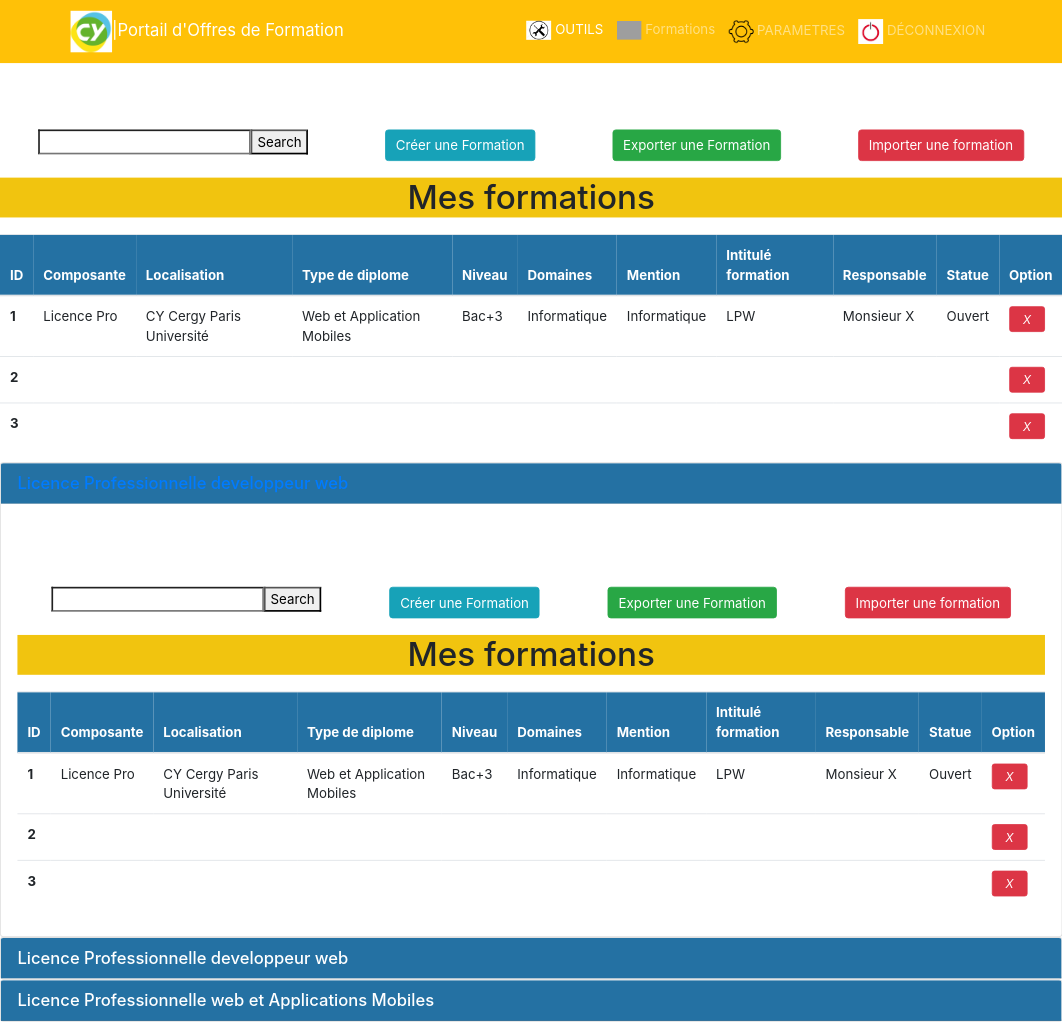
Repository: BaldeThierno1990/Projet-1-formation-tableau-generique-vue-export
Page: / (app in mcc/)
The author's editor kept a copy of each file at every save. The page is drawn from the files as they stood at one save, then again after the next save.
The browser window is 1280 px wide. The pictures show the whole page, at 83% of full size.
Pictures or frames that could not be fetched are drawn as grey boxes. The project was rebuilt for these pictures with package versions that can differ from the ones it lists, and the page was loaded fresh each time.

Above is the page before, as saved 2021-03-22 14:29:29.

### mcc/src/main.js
import Vue from 'vue'
import App from './App.vue'

import 'bootstrap';
import 'bootstrap/dist/css/bootstrap.min.css';

Vue.config.productionTip = false

new Vue({
  render: h => h(App),
}).$mount('#app')

### mcc/src/App.vue
<template>
  <div id="app">

  <v-header></v-header>
  <v-tableau></v-tableau>
  <v-formation></v-formation>


  </div>
</template>

<script>
import VTableau from './components/tableau/Vtableau.vue'
import VHeader from './components/menu/VHeader.vue'
import VFormation from './components/tableau/VFormation.vue'
export default {
  name: 'App',
  components: {
  VHeader,
    VTableau,
    VFormation

  }
}
</script>

<style>
#app {
  font-family: Avenir, Helvetica, Arial, sans-serif;
  -webkit-font-smoothing: antialiased;
  -moz-osx-font-smoothing: grayscale;
  text-align: center;
  color: #2c3e50;
}
#nav {
  padding: 30px;
}

### mcc/src/components/tableau/Vtableau.vue
<template>
<div class="table">
    <div class="parent">
        <div class="formation">
         <input type="search" id="site-search" name="q"
        aria-label="Search through site content">
        <button>Search</button></div>
        <div class="formation"><button type="button" class="btn btn-info">Créer une Formation</button></div>
          <div class="formation"><button type="button" class="btn btn-success">Exporter une Formation</button></div>
        <div class="formation"><button type="button" class="btn btn-danger">Importer une formation</button></div>



    </div>


    <div>
        <div class="menu">
        <h1> Mes formations</h1>
    </div>
    <table class="table align-middle">

  <thead>
    <tr class="colonne">
      <th scope="col">ID</th>
      <th scope="col">Composante</th>
      <th scope="col">Localisation</th>
      <th scope="col">Type de diplome</th>
      <th scope="col">Niveau</th>
      <th scope="col">Domaines</th>
      <th scope="col">Mention</th>
      <th scope="col">Intitulé formation</th>
      <th scope="col">Responsable</th>
      <th scope="col">Statue</th>
      <th scope="col">Option</th>
    </tr>
  </thead>
  <tbody>
    <tr>
      <th scope="row">1</th>
       <td>Licence Pro</td>
      <td>CY Cergy Paris Université</td>
      <td>Web et Application Mobiles</td>
      <td>Bac+3</td>
      <td>Informatique</td>
      <td>Informatique</td>
      <td>LPW</td>
      <td>Monsieur X</td>
      <td>Ouvert</td>
      <td>
        <button type="button" class="btn btn-danger btn-sm px-3">
          <i class="fas fa-times">X</i>
        </button>
      </td>
    </tr>
    <tr>
      <th scope="row">2</th>
      <td></td>
      <td></td>
      <td></td>
      <td></td>
      <td></td>
      <td></td>
      <td></td>
      <td></td>
      <td></td>

      <td>
        <button type="button" class="btn btn-danger btn-sm px-3">
          <i class="fas fa-times">X</i>
        </button>
      </td>
    </tr>
    <tr>
      <th scope="row">3</th>
       <td></td>
      <td></td>
      <td></td>
      <td></td>
      <td></td>
      <td></td>
      <td></td>
      <td></td>
      <td></td>
      <td>
        <button type="button" class="btn btn-danger btn-sm px-3">
          <i class="fas fa-times">X</i>
        </button>
      </td>
    </tr>

  </tbody>
</table>
        </div>



</div>

</template>

<style>
.parent{
     display: flex;
     justify-content: space-around;
     margin-top: 80px;

}
.table{
    margin-top: 20px;
}
.colonne{
    background-color: #2471A3;
    color: white;
}
.menu{
    text-align: center;
    background-color: #F1C40F;
    margin-top: 20px;
}
</style>


<script>
export default {

}
</script>

### mcc/src/components/menu/VHeader.vue
<template>
<div class="header">
  <!-- Navigation -->
<nav class="navbar navbar-expand-lg navbar-dark bg-warning static-top">
  <div class="container">
    <a class="navbar-brand" href="#">
          <img src="@/assets/logo.jpg" alt="Logo" width="50">|Portail d'Offres de Formation
        </a>
    <button class="navbar-toggler" type="button" data-toggle="collapse" data-target="#navbarResponsive" aria-controls="navbarResponsive" aria-expanded="false" aria-label="Toggle navigation">
          <span class="navbar-toggler-icon"></span>
        </button>
    <div class="collapse navbar-collapse" id="navbarResponsive">
      <ul class="navbar-nav ml-auto">
        <li class="nav-item active">
          <a class="nav-link" href="#"> <img src="@/assets/icone_outils.jpg" alt="Outils" width="30"> OUTILS
                <span class="sr-only">(current)</span>
              </a>
        </li>

        <li class="nav-item">
          <a class="nav-link" href="#"><img src="@/assets/icone_formation.png" alt="Formation" width="30">  Formations</a>
        </li>
        <li class="nav-item">
          <a class="nav-link" href="#"><img src="@/assets/icone_parametre.png" alt="Parametre" width="30">  PARAMETRES</a>
        </li>
         <li class="nav-item">
          <a class="nav-link" href="#"> <img src="@/assets/icone_deconnexion.jpeg" alt="Formation" width="30"> DÉCONNEXION</a>
        </li>
      </ul>
    </div>
  </div>
</nav>
</div>

</template>

### mcc/src/components/tableau/VFormation.vue
<template>
    <div id="accordion" role="tablist">
  <div class="card">
    <div class="card-header" role="tab" id="heading">
      <h5 class="mb-0">
        <a data-toggle="collapse" href="#collapseOne" aria-expanded="true" aria-controls="collapseOne">
       Licence Professionnelle developpeur web
        </a>
      </h5>
</div>
<div id="collapseOne" class="collapse show" role="tabpanel" aria-labelledby="headingOne" data-parent="#accordion">
      <div class="card-body">
       <div class="table">
    <div class="parent">
        <div class="formation">
         <input type="search" id="site-search" name="q"
        aria-label="Search through site content">
        <button>Search</button></div>
        <div class="formation"><button type="button" class="btn btn-info">Créer une Formation</button></div>
          <div class="formation"><button type="button" class="btn btn-success">Exporter une Formation</button></div>
        <div class="formation"><button type="button" class="btn btn-danger">Importer une formation</button></div>



    </div>


    <div>
        <div class="menu">
        <h1> Mes formations</h1>
    </div>
    <table class="table align-middle">

  <thead>
    <tr class="colonne">
      <th scope="col">ID</th>
      <th scope="col">Composante</th>
      <th scope="col">Localisation</th>
      <th scope="col">Type de diplome</th>
      <th scope="col">Niveau</th>
      <th scope="col">Domaines</th>
      <th scope="col">Mention</th>
      <th scope="col">Intitulé formation</th>
      <th scope="col">Responsable</th>
      <th scope="col">Statue</th>
      <th scope="col">Option</th>
    </tr>
  </thead>
  <tbody>
    <tr>
      <th scope="row">1</th>
       <td>Licence Pro</td>
      <td>CY Cergy Paris Université</td>
      <td>Web et Application Mobiles</td>
      <td>Bac+3</td>
      <td>Informatique</td>
      <td>Informatique</td>
      <td>LPW</td>
      <td>Monsieur X</td>
      <td>Ouvert</td>
      <td>
        <button type="button" class="btn btn-danger btn-sm px-3">
          <i class="fas fa-times">X</i>
        </button>
      </td>
    </tr>
    <tr>
      <th scope="row">2</th>
      <td></td>
      <td></td>
      <td></td>
      <td></td>
      <td></td>
      <td></td>
      <td></td>
      <td></td>
      <td></td>

      <td>
        <button type="button" class="btn btn-danger btn-sm px-3">
          <i class="fas fa-times">X</i>
        </button>
      </td>
    </tr>
    <tr>
      <th scope="row">3</th>
       <td></td>
      <td></td>
      <td></td>
      <td></td>
      <td></td>
      <td></td>
      <td></td>
      <td></td>
      <td></td>
      <td>
        <button type="button" class="btn btn-danger btn-sm px-3">
          <i class="fas fa-times">X</i>
        </button>
      </td>
    </tr>

  </tbody>
</table>
        </div>



</div>

      </div>
</div>
</div>
<div class="card">
    <div class="card-header" role="tab" id="heading">
      <h5 class="mb-0">
        <a class="collapsed" data-toggle="collapse" href="#collapseTwo" aria-expanded="false" aria-controls="collapseTwo">
       Licence Professionnelle developpeur web
        </a>
      </h5>
</div>
<div id="collapseTwo" class="collapse" role="tabpanel" aria-labelledby="headingTwo" data-parent="#accordion">
      <div class="card-body">
      <div class="table">
    <div class="parent">
        <div class="formation">
         <input type="search" id="site-search" name="q"
        aria-label="Search through site content">
        <button>Search</button></div>
        <div class="formation"><button type="button" class="btn btn-info">Créer une Formation</button></div>
          <div class="formation"><button type="button" class="btn btn-success">Exporter une Formation</button></div>
        <div class="formation"><button type="button" class="btn btn-danger">Importer une formation</button></div>



    </div>


    <div>
        <div class="menu">
        <h1> Mes formations</h1>
    </div>
    <table class="table align-middle">

  <thead>
    <tr class="colonne">
      <th scope="col">ID</th>
      <th scope="col">Composante</th>
      <th scope="col">Localisation</th>
      <th scope="col">Type de diplome</th>
      <th scope="col">Niveau</th>
      <th scope="col">Domaines</th>
      <th scope="col">Mention</th>
      <th scope="col">Intitulé formation</th>
      <th scope="col">Responsable</th>
      <th scope="col">Statue</th>
      <th scope="col">Option</th>
    </tr>
  </thead>
  <tbody>
    <tr>
      <th scope="row">1</th>
       <td>Licence Pro</td>
      <td>CY Cergy Paris Université</td>
      <td>Web et Application Mobiles</td>
      <td>Bac+3</td>
      <td>Informatique</td>
      <td>Informatique</td>
      <td>LPW</td>
      <td>Monsieur X</td>
      <td>Ouvert</td>
      <td>
        <button type="button" class="btn btn-danger btn-sm px-3">
          <i class="fas fa-times">X</i>
        </button>
      </td>
    </tr>
    <tr>
      <th scope="row">2</th>
      <td></td>
      <td></td>
      <td></td>
      <td></td>
      <td></td>
      <td></td>
      <td></td>
      <td></td>
      <td></td>

      <td>
        <button type="button" class="btn btn-danger btn-sm px-3">
          <i class="fas fa-times">X</i>
        </button>
      </td>
    </tr>
    <tr>
      <th scope="row">3</th>
       <td></td>
      <td></td>
      <td></td>
      <td></td>
      <td></td>
      <td></td>
      <td></td>
      <td></td>
      <td></td>
      <td>
        <button type="button" class="btn btn-danger btn-sm px-3">
          <i class="fas fa-times">X</i>
        </button>
      </td>
    </tr>

  </tbody>
</table>
        </div>



</div>

      </div>
</div>
</div>


<div class="card">
    <div class="card-header" role="tab" id="heading">
      <h5 class="mb-0">
        <a class="collapsed" data-toggle="collapse" href="#collapseThree" aria-expanded="false" aria-controls="collapseThree">
    Licence Professionnelle web et Applications Mobiles
        </a>
      </h5>
</div>
<div id="collapseThree" class="collapse" role="tabpanel" aria-labelledby="headingThree" data-parent="#accordion">
      <div class="card-body">
      <div class="table">
    <div class="parent">
        <div class="formation">
         <input type="search" id="site-search" name="q"
        aria-label="Search through site content">
        <button>Search</button></div>
        <div class="formation"><button type="button" class="btn btn-info">Créer une Formation</button></div>
          <div class="formation"><button type="button" class="btn btn-success">Exporter une Formation</button></div>
        <div class="formation"><button type="button" class="btn btn-danger">Importer une formation</button></div>



    </div>


    <div>
        <div class="menu">
        <h1> Mes formations</h1>
    </div>
    <table class="table align-middle">

  <thead>
    <tr class="colonne">
      <th scope="col">ID</th>
      <th scope="col">Composante</th>
      <th scope="col">Localisation</th>
      <th scope="col">Type de diplome</th>
      <th scope="col">Niveau</th>
      <th scope="col">Domaines</th>
      <th scope="col">Mention</th>
      <th scope="col">Intitulé formation</th>
      <th scope="col">Responsable</th>
      <th scope="col">Statue</th>
      <th scope="col">Option</th>
    </tr>
  </thead>
  <tbody>
    <tr>
      <th scope="row">1</th>
       <td>Licence Pro</td>
      <td>CY Cergy Paris Université</td>
      <td>Web et Application Mobiles</td>
      <td>Bac+3</td>
      <td>Informatique</td>
      <td>Informatique</td>
      <td>LPW</td>
      <td>Monsieur X</td>
      <td>Ouvert</td>
      <td>
        <button type="button" class="btn btn-danger btn-sm px-3">
          <i class="fas fa-times">X</i>
        </button>
      </td>
    </tr>
    <tr>
      <th scope="row">2</th>
      <td></td>
      <td></td>
      <td></td>
      <td></td>
      <td></td>
      <td></td>
      <td></td>
      <td></td>
      <td></td>

      <td>
        <button type="button" class="btn btn-danger btn-sm px-3">
          <i class="fas fa-times">X</i>
        </button>
      </td>
    </tr>
    <tr>
      <th scope="row">3</th>
       <td></td>
      <td></td>
      <td></td>
      <td></td>
      <td></td>
      <td></td>
      <td></td>
      <td></td>
      <td></td>
      <td>
        <button type="button" class="btn btn-danger btn-sm px-3">
          <i class="fas fa-times">X</i>
        </button>
      </td>
    </tr>

  </tbody>
</table>
</div>


</div>
</div>
</div>
</div>
</div>
</template>

<style>
[data-toggle="collapse"]:after {
display: inline-block;
    display: inline-block;
    font: normal normal normal 14px/1 FontAwesome;
    font-size: inherit;
    text-rendering: auto;
    -webkit-font-smoothing: antialiased;
    -moz-osx-font-smoothing: grayscale;
  content: "\f054";
  transform: rotate(90deg) ;
  transition: all linear 0.25s;
  float:right;
  }
[data-toggle="collapse"].collapsed:after {
  transform: rotate(0deg) ;


}
#heading{
    background-color:  #2471A3;

}
.collapsed{
    color: white;
}
</style>
<script>
export default {

}
</script>

### mcc/src/components/footer/Vfooter.vue
<template>
  <footer class="footer">
    <div class="footer__addr">
      <h2>Contact</h2>
      <address>1 rue du Panda, Paris, 75016
      <a class="footer__btn" href="contact.mondeduparfum@gmail.com">Envoyez  un mail</a>
      </address>
      <router-link to="/Conditions">Conditions Générales</router-link>
    </div>

    <ul class="footer__nav">
      <li class="nav__item">
        <ul class="nav__ul">
          <li>
            <router-link to="/Facture">Facture</router-link> <!--SUPPRIMER-->
            <router-link to="/Admin">Admin</router-link> <!--SUPPRIMER-->
          </li>
        </ul>
      </li>
    </ul>
  </footer>
</template>

<style>
.footer {
  display: flex;
  flex-flow: row wrap;
  color: #2f2f2f;
  background-color: #42b983;
  border-top: 1px solid #e5e5e5;
}
.footer__addr h2 {
  margin-top: 1.3em;
  font-size: 15px;
  font-weight: 400;
}
.footer__btn {
  display: flex;
  align-items: center;
  justify-content: center;
  height: 36px;
  max-width: max-content;
  background-color: rgb(33, 33, 33, 0.07);
  border-radius: 100px;
  color: #2f2f2f;
  line-height: 0;
  font-size: 1rem;
  margin-left: 260px;
}
.footer ul {
  list-style: none;
  padding-left: 0;
}
.footer li {
  line-height: 2em;
}
.footer a {
  text-decoration: none;
}
.footer__nav {
  display: flex;
	flex-flow: row wrap;
}
.footer__nav > * {
  flex: 1 50%;
  margin-right: 1.25em;
}
.nav__ul a {
  color: black;
}
.nav__ul--extra {
  column-count: 2;
  column-gap: 1.25em;
}
.legal {
  display: flex;
  flex-wrap: wrap;
  color: #999;
}

.legal__links {
  display: flex;
  align-items: center;
}
.heart {
  color: #2f2f2f;
}
@media screen and (min-width: 24.375em) {
  .legal .legal__links {
    margin-left: auto;
  }
}
@media screen and (min-width: 40.375em) {
  .footer__nav > * {
    flex: 1;
  }

  .nav__item--extra {
    flex-grow: 2;
  }

  .footer__addr {
    flex: 1 0px;
  }

  .footer__nav {
    flex: 2 0px;
  }
}
</style>

Loaded but not shown: mcc/public/index.html (common file)

After the next save:
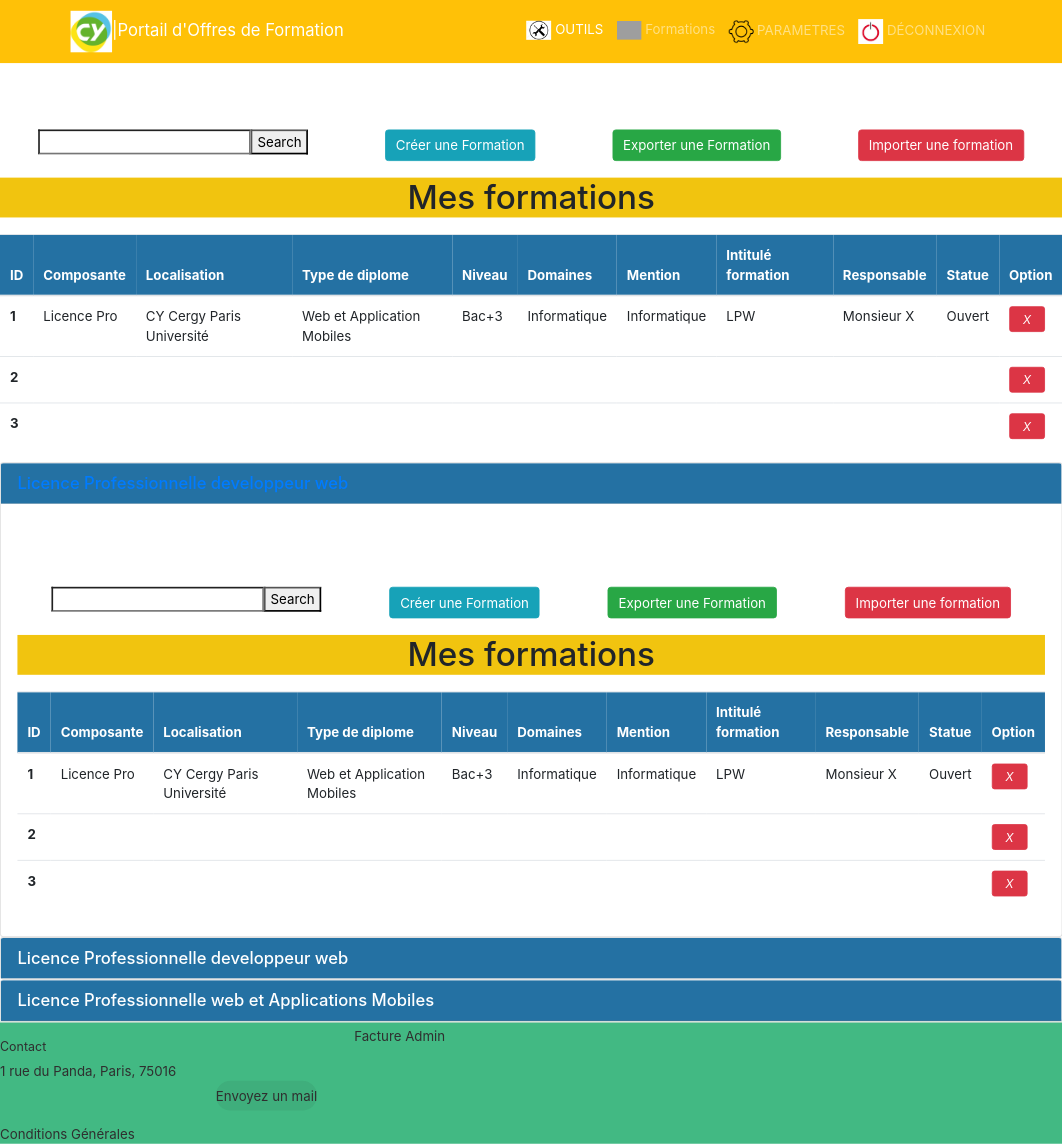
Saved 2 min 39 s later.
--- a/mcc/src/App.vue
+++ b/mcc/src/App.vue
@@ -4,6 +4,7 @@
   <v-header></v-header>
   <v-tableau></v-tableau>
   <v-formation></v-formation>
+  <v-footer></v-footer>
 
 
   </div>
@@ -13,12 +14,14 @@
 import VTableau from './components/tableau/Vtableau.vue'
 import VHeader from './components/menu/VHeader.vue'
 import VFormation from './components/tableau/VFormation.vue'
+import VFooter from './components/footer/Vfooter.vue'
 export default {
   name: 'App',
   components: {
   VHeader,
     VTableau,
-    VFormation
+    VFormation,
+    VFooter
 
   }
 }
